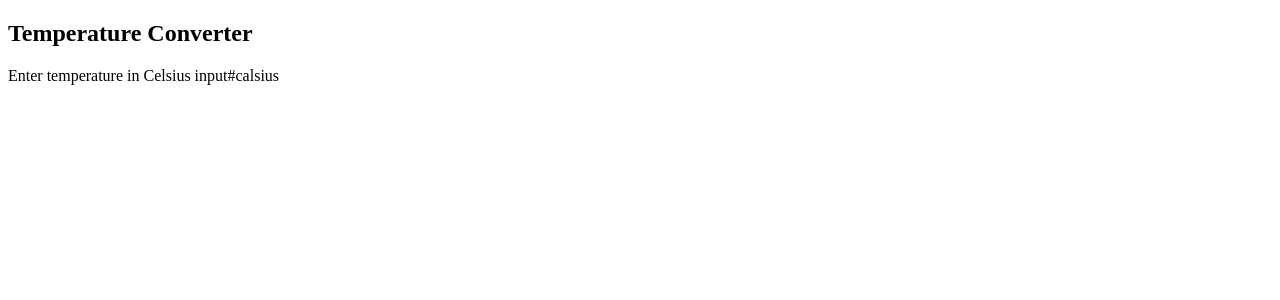
Repository: JunaidAnsari202/Temperature-Converter
Page: index.html
These files come from the project's save history. The page is drawn as it stood at one moment and after the next save; the edit follows.
The browser window is 1280 px wide. The pictures show the whole page.

Above is the page before, as saved 2024-10-16 10:58:16.
Not found: script,js

After the next save:
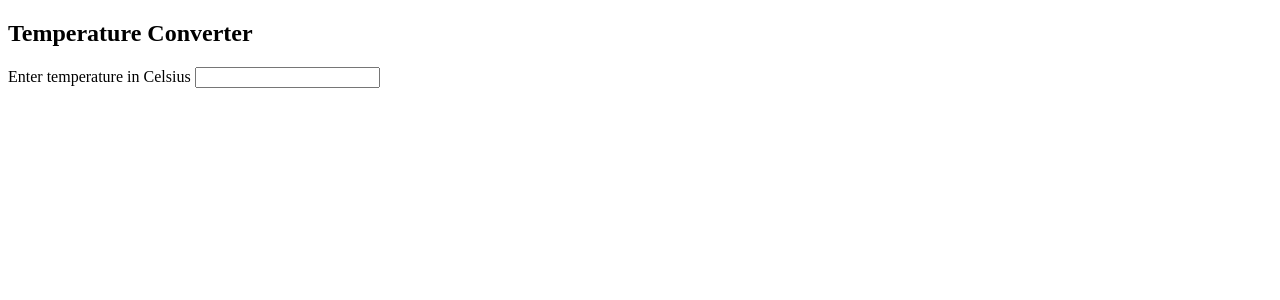
Saved 5 s later.
--- a/index.html
+++ b/index.html
@@ -14,7 +14,7 @@
   </div>
   <div class="input">
     <label for="input1">  Enter temperature in Celsius </label>
-    input#calsius
+    <input type="text" id="calsius">
   </div>
   <div class="input"></div>
   <div class="input"></div>
